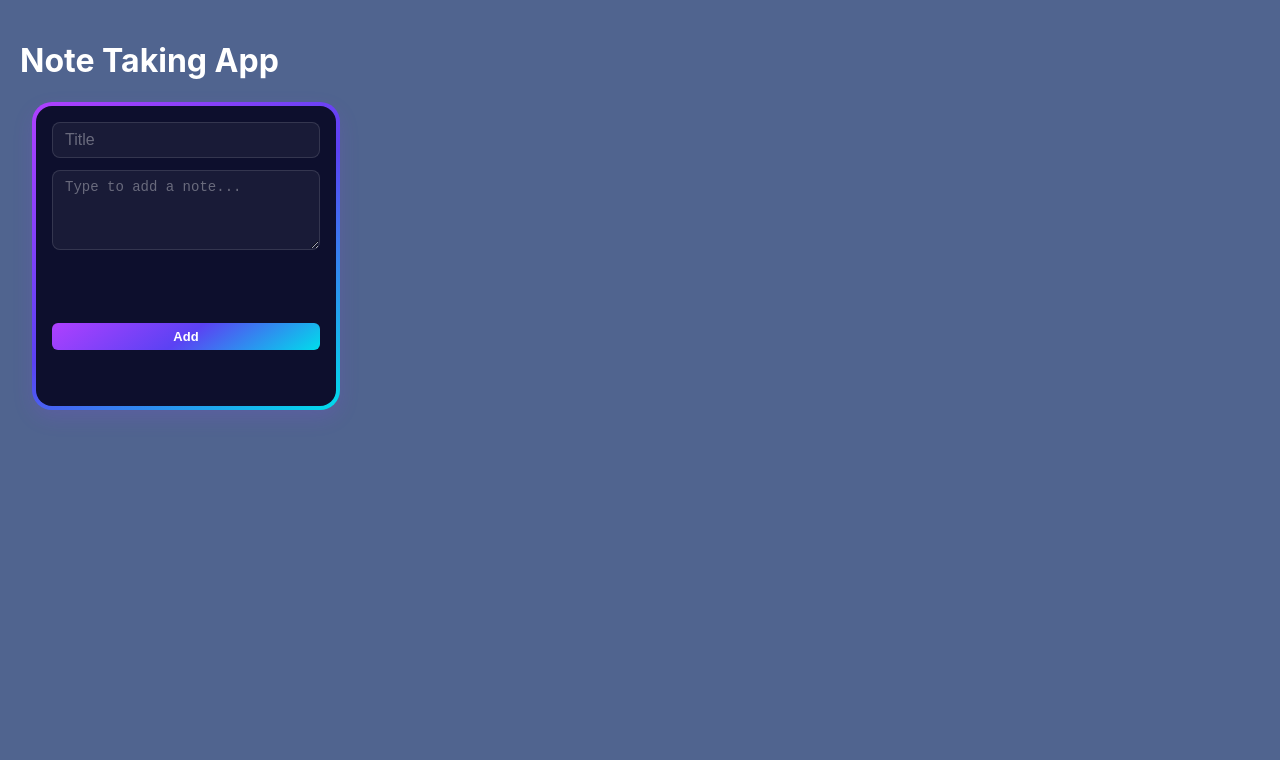
Repository: AJANI2005/Notes-App
Page: /
The author's editor kept a copy of each file at every save. The page is drawn from the files as they stood at one save, then again after the next save.
The browser window is 1280 px wide. The pictures show the whole page.
The project was rebuilt for these pictures with package versions that can differ from the ones it lists, and the page was loaded fresh each time. Also part of the build but not shown: vite.config.ts, src/App.css, src/style/dialogbox.css, src/DialogBox.tsx.

Above is the page before, as saved 2025-07-31 19:06:29.

### src/index.css
:root {
  font-family: system-ui, Avenir, Helvetica, Arial, sans-serif;
  font-synthesis: none;
  text-rendering: optimizeLegibility;
  -webkit-font-smoothing: antialiased;
  -moz-osx-font-smoothing: grayscale;
}

body {
    margin: 0;
    font-family: 'Inter', sans-serif;
    min-height: 100vh;
    padding: 20px;
    background-color: #50648f;
    color: white;
}

### src/App.tsx
import { useEffect, useState } from 'react';

// styles
import "./App.css"
import "./style/note.css"
import DialogBox from './DialogBox';


interface Note {
  id: number
  title: string;
  text: string;
}

const Note = () => {
  const [text, setText] = useState('');
  const [title, setTitle] = useState('');


  //Initialize Local Storage
  useEffect(() => {
    if (!localStorage.getItem("notes")) {
      localStorage.setItem("notes", JSON.stringify([]))
    }
    if (localStorage.getItem("title")) {
      setTitle(JSON.parse(localStorage.getItem("title")!))
    }
    if (localStorage.getItem("text")) {
      setText(JSON.parse(localStorage.getItem("text")!))
    }
  }, [])

  // Store Current Data (On Refresh)
  useEffect(() => {
    if (text === '' && title === '') return
    localStorage.setItem("title", JSON.stringify(title))
    localStorage.setItem("text", JSON.stringify(text))
  }, [text, title])

  const createNote = () => {
    const note = {
      id: Date.now(),
      title: title,
      text: text
    } as Note

    // add note
    const notes = JSON.parse(localStorage.getItem("notes")!)
    notes.push(note)
    localStorage.setItem("notes", JSON.stringify(notes))

    // reset state
    setTitle("")
    setText("")
    localStorage.setItem("title", JSON.stringify(""))
    localStorage.setItem("text", JSON.stringify(""))
  }

  return (
    <form className='note'>
      <div className="note-content">
        <input
          value={title}
          placeholder='Title'
          onChange={(e) => setTitle(e.target.value)}
          type="text" className='note-title-input' />
        <textarea
          value={text}
          onChange={(e) => setText(e.target.value)}
          className='note-input'
          placeholder='Type to add a note...'></textarea>
        <button className='addBtn' onClick={createNote}>Add</button>
      </div>

    </form>
  )
}

function App() {

  const [notes, setNotes] = useState([]);



  const [editing, setEditing] = useState(false);
  const [currentNote, setCurrentNote] = useState<Note | undefined>(undefined);


  //Initialize Local Storage
  useEffect(() => {
    if (localStorage.getItem("notes")) {
      setNotes(JSON.parse(localStorage.getItem("notes")!))
    }
  }, [])

  //Save current note
  const saveNote = () => {
    const notes = JSON.parse(localStorage.getItem("notes")!)
    const index = notes.findIndex((note: Note) => note.id === currentNote?.id)
    notes[index] = currentNote
    localStorage.setItem("notes", JSON.stringify(notes))
    setEditing(false)
    // refresh
    window.location.reload()
  }
  //Delete note
  const deleteNote = () => {
    const notes = JSON.parse(localStorage.getItem("notes")!)
    const index = notes.findIndex((note: Note) => note.id === currentNote?.id)
    notes.splice(index, 1)
    localStorage.setItem("notes", JSON.stringify(notes))
    setEditing(false)
    // refresh
    window.location.reload()
  }

  return (
    <div className='app'>
      <h1>Note Taking App</h1>
      <Note />
      {/* Display Notes */}
      <div className='notes-grid'>
        {notes.map((note: Note, index) => (
          <div key={index} className='note'>
            <div className='note-content'>
              <h2 className='note-title'>{note.title}</h2>
              <p className='note-text'>{note.text}</p>
              <button className='deleteBtn'
                onClick={deleteNote}>✖</button>
              <button className='editBtn' onClick={() => {
                setEditing(true);
                setCurrentNote(note);
              }}
              >📝</button>
            </div>
          </div>))}
      </div>

      {/* Edit Dialog Box */}
      <DialogBox isOpen={editing} onClose={() => setEditing(false)}>
        <form className='note'>
          <div className='note-content'>
            <input
              value={currentNote?.title}
              placeholder='Title'
              onChange={(e) => setCurrentNote({ ...currentNote, title: e.target.value } as Note)}
              type="text" className='note-title-input' />

            <textarea
              value={currentNote?.text}
              onChange={(e) => setCurrentNote({ ...currentNote, text: e.target.value } as Note)}
              className='note-input'
              placeholder='Type to add a note...'></textarea>

            <button className='addBtn' onClick={() => {
              saveNote()
              setEditing(false)
            }}>Save</button>
          </div>
        </form>
      </DialogBox>
    </div>
  )
}

export default App

### src/style/note.css
/* --- Note Card --- */
.note {
  display: flex;
  flex-direction: column;
  width: 300px;
  max-width: 400px;
  min-height: 300px;
  padding: 4px; /* Gradient border thickness */
  border-radius: 20px;
  background: linear-gradient(145deg, #af40ff, #5b42f3 50%, #00ddeb);
  box-shadow: rgba(151, 65, 252, 0.15) 0 8px 20px;
  margin: 12px;
  position: relative;
  transition: transform 0.2s ease, box-shadow 0.2s ease;
  overflow: hidden; /* ensures no element spills outside */
}

.note:hover {
  transform: translateY(-4px);
  box-shadow: rgba(151, 65, 252, 0.25) 0 12px 28px;
}

/* Inner dark surface */
.note-content {
  flex: 1;
  display: flex;
  flex-direction: column;
  gap: 12px;
  padding: 16px;
  padding-bottom: 56px; /* space for buttons */
  border-radius: 16px;
  background: #0d0f2d;
  color: white;
  position: relative;
  overflow: hidden;
}

/* --- Inputs --- */
.note-title-input,
.note-input {
  box-sizing: border-box;
  width: 100%;
  border-radius: 8px;
  border: 1px solid rgba(255, 255, 255, 0.12);
  background: rgba(255, 255, 255, 0.05);
  color: white;
  outline: none;
  padding: 8px 12px;
  transition: 0.2s border-color, 0.2s background-color;
}

.note-title-input::placeholder,
.note-input::placeholder {
  color: rgba(255, 255, 255, 0.35);
}

.note-title-input {
  font-size: 16px;
  font-weight: 500;
}

.note-input {
  min-height: 80px;
  font-size: 14px;
  resize: vertical;
}

.note-title-input:focus,
.note-input:focus {
  border-color: #5b42f3;
  background: rgba(255, 255, 255, 0.1);
}

/* --- Buttons --- */
.addBtn,
.deleteBtn,
.editBtn {
  border: none;
  padding: 6px 12px;
  font-size: 13px;
  font-weight: 600;
  border-radius: 6px;
  cursor: pointer;
  color: white;
  transition: transform 0.2s ease, filter 0.2s ease;
}

/* Primary Add Button */
.addBtn {
  background: linear-gradient(145deg, #af40ff, #5b42f3 50%, #00ddeb);
  margin-top: auto;
}

.addBtn:hover {
  transform: scale(1.05);
  filter: brightness(1.1);
}

/* Action buttons at bottom-left */
.deleteBtn,
.editBtn {
  position: absolute;
  bottom: 12px;
}

.deleteBtn {
  left: 12px;
  background: linear-gradient(145deg, #ff416c, #ff4b2b); /* neon pink-red */
}

.deleteBtn:hover {
  transform: scale(1.05);
  filter: brightness(1.1);
}

.editBtn {
  left: 60px;
  background: linear-gradient(145deg, #00c9ff, #92fe9d); /* cyan-green neon */
  color: #0d0f2d;
}

.editBtn:hover {
  transform: scale(1.05);
  filter: brightness(1.1);
}

/* --- Note Display --- */
.note-title {
  font-size: 18px;
  font-weight: 600;
  color: white;
  margin-bottom: 4px;

  /* Ensure wrapping */
  white-space: normal;
  word-break: break-word;   /* Break long words if needed */
  overflow-wrap: break-word; /* Alternative syntax for compatibility */
}

.note-text {
  font-size: 14px;
  color: rgba(255, 255, 255, 0.85);
  line-height: 1.5;
  white-space: pre-wrap;
}

/* --- Grid for Notes --- */
.notes-grid {
  display: grid;
  grid-template-columns: repeat(auto-fill, minmax(250px, 1fr));
  gap: 24px;
  padding: 20px;
  justify-items: center;
}

Loaded but not shown: index.html (common file); src/main.tsx (common file)

After the next save:
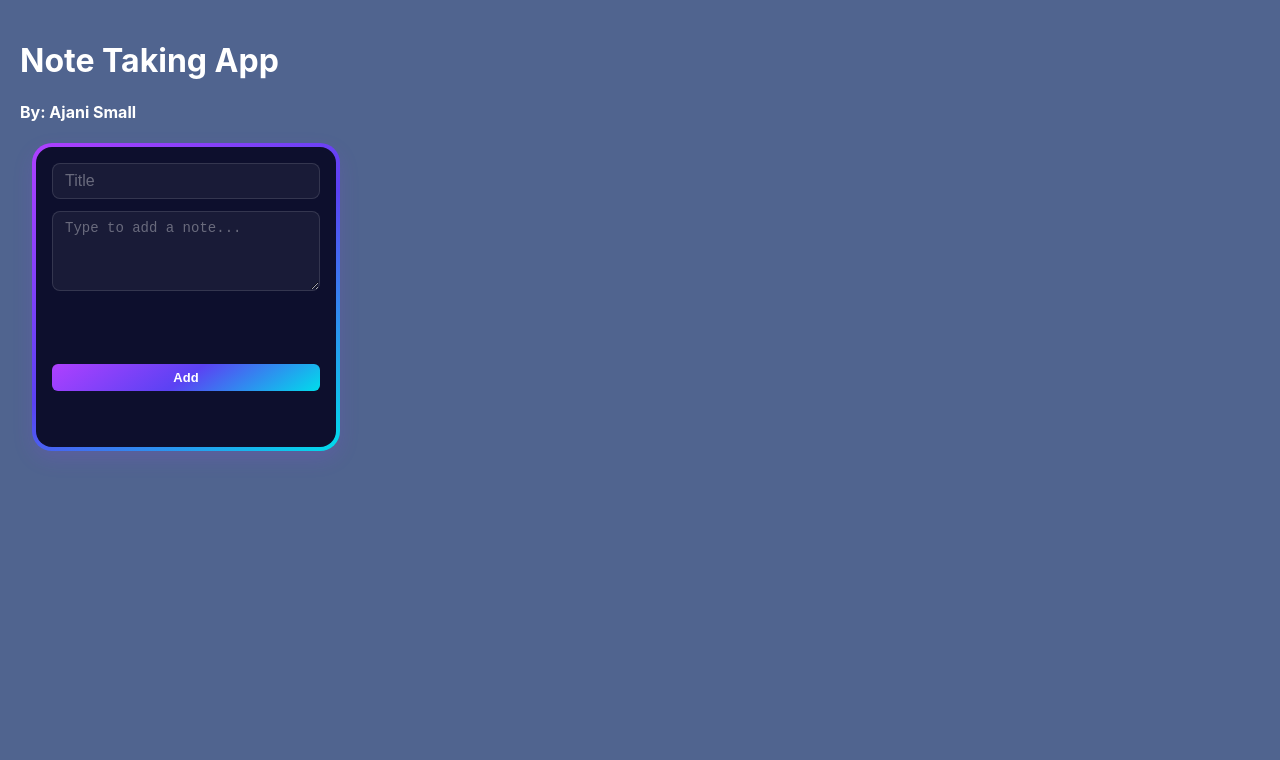
Saved 11 s later.
--- a/src/App.tsx
+++ b/src/App.tsx
@@ -117,6 +117,7 @@ function App() {
   return (
     <div className='app'>
       <h1>Note Taking App</h1>
+      <h4>By: Ajani Small</h4>
       <Note />
       {/* Display Notes */}
       <div className='notes-grid'>
